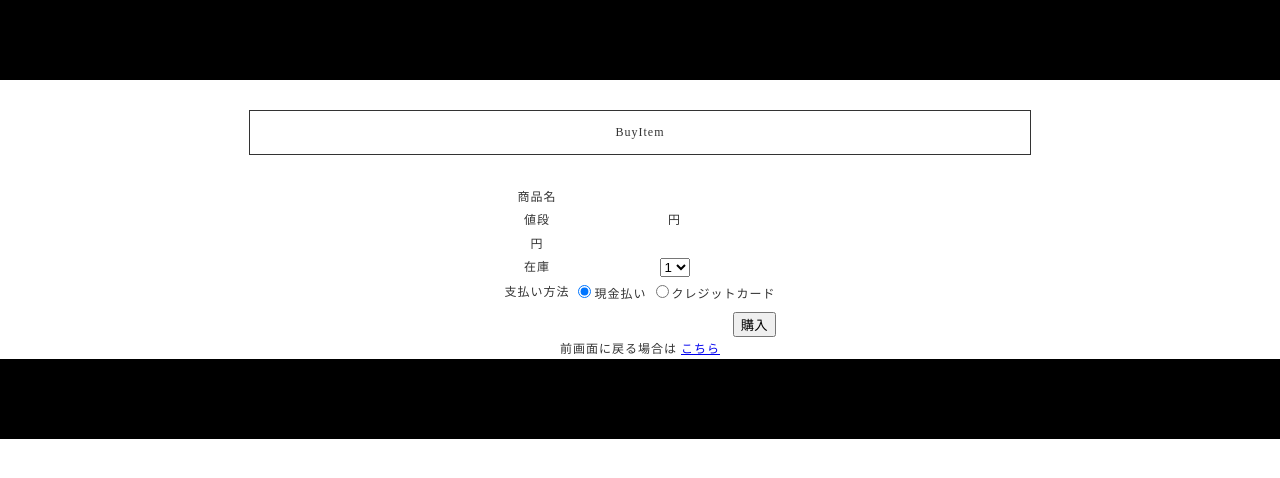
Repository: kokorokaiya/test
Page: http://localhost/template/buyItem.jsp
The author's editor kept a copy of each file at every save. The page is drawn from the files as they stood at one save, then again after the next save.
The browser window is 1280 px wide. The pictures show the whole page.
The page is served by Tomcat 9. Other server files are loaded and not shown.

Above is the page before, as saved 2018-11-08 02:42:45.

### template/WebContent/buyItem.jsp
<%@ page language="java" contentType="text/html; charset=UTF-8"
    pageEncoding="UTF-8"%>
<%@ taglib prefix ="s" uri="/struts-tags" %>


<!DOCTYPE html>
<html>
<head>

        <meta http-equiv="Content-Type" content="text/html; charset=UTF-8"/>
        <meta http-equiv="Content-Style-Type" content="text/css" />
        <meta http-equiv="Content-Script-Type" content="text/javascript" />
        <meta http-equiv="imagetoolbar" content="no" />
        <meta name ="description" content="" />
        <meta name= "keywords" content="" />
        <title>buyItem画面</title>

<style type = "text/css">

body {

   margin: 0;
   padding:0;
   line-height: 1.6;
   letter-spacing: 1px;
   font-size:12px;
   color:#333;
   background:#fff;

}

table {
   text-align:center;
   margin:0 auto;
   }


 #top {

    width:780px;
    margin: 30px auto;
    border: 1px solid #333;
}

#header {
   width: 100%;
   height: 80px;
   background-color: black;

}

#main {

   width: 100%
   height: 500px;
   text-align: center;
   }

  #footer {

  width: 100%;
  height: 80px;
  background-color: black;
  clear: both;

  }

</style>
</head>
<body>

     <div id = "header">
       <div id = "pr">
       </div>
     </div>


     <div id = "main">
        <div id = "top">
              <p>BuyItem</p>
        </div>


        <div>
        <s:form action = "BuyItemAction">
            <table>
               <tr>

                <td>
                 <span>商品名</span>
                </td>

                <td>
                 <s:property value = "session.buyItem_name"/>
                </td>
               </tr>

               <tr>

                 <td>
                  <span>値段</span>
                 </td>
                 <td>
                 <s:property value = "session.buyItem_price"/>
                  <span>円</span>
                 </td>

                </tr>
                <tr>

                   <td>
                     <span>円</span>
                   </td>
                 </tr>
                 <tr>
                   <td>
                     <span>在庫</span>
                   </td>
                   <td>
                    <select name = "stock">
                    <option value = "1" selected = "selected">1</option>
                     <option value = "2">2</option>
                     <option value = "3">3</option>
                     <option value = "4">4</option>
                     <option value = "5">5</option>
                    </select>
                   </td>

                  </tr>

                  <tr>
                    <td>
                     <span>支払い方法</span>
                    </td>

                    <td>
                     <input type = "radio" name ="pay" value = "1" checked = "checked">現金払い
                     <input type = "radio" name= "pay" value = "2">クレジットカード
                    </td>
                    </tr>

                    <tr>

                      <td>
                       <s:submit value = "購入"/>
                      </td>
                      </tr>

            </table>
          </s:form>

             <div>
               <span>前画面に戻る場合は</span>
               <a href='<s:url action = "HomeAction" />'>こちら</a>
             </div>

        </div>

     </div>

     <div id = "footer">
        <div id = "pr">
        </div>
     </div>


</body>
</html>

After the next save:
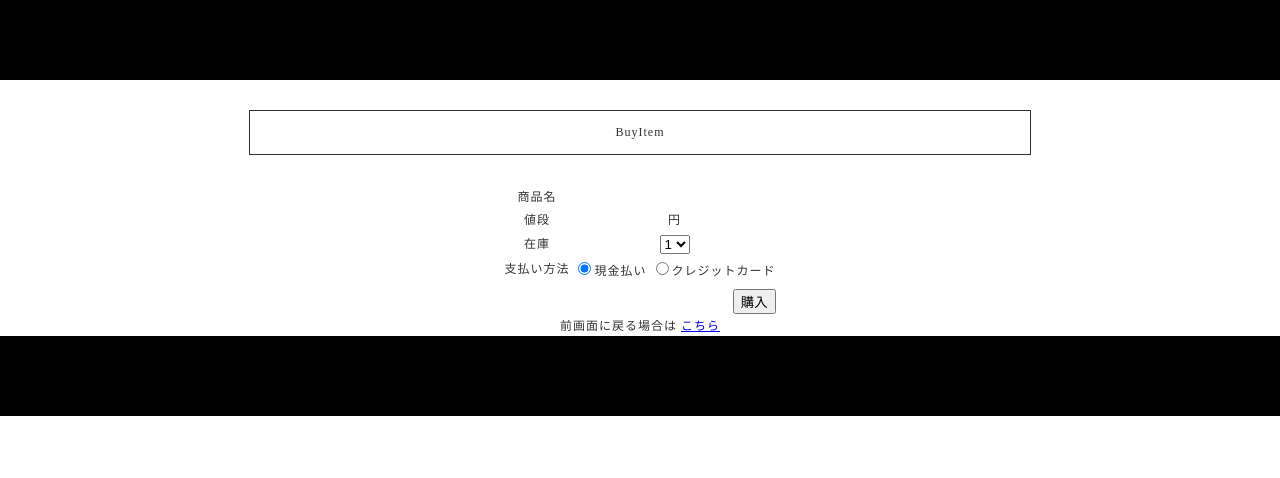
Saved 3 min 49 s later.
--- a/template/WebContent/buyItem.jsp
+++ b/template/WebContent/buyItem.jsp
@@ -106,12 +106,8 @@
                  </td>
 
                 </tr>
-                <tr>
 
-                   <td>
-                     <span>円</span>
-                   </td>
-                 </tr>
+
                  <tr>
                    <td>
                      <span>在庫</span>
